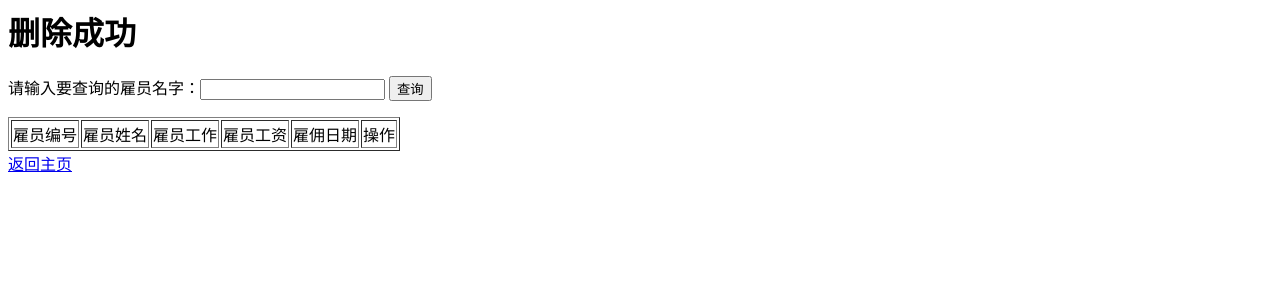
Repository: wikelgc/JSP
Page: http://localhost/yuangong/emp_delete.jsp
These files come from the project's save history. The page is drawn as it stood at one moment and after the next save; the edit follows.
The browser window is 1280 px wide. The pictures show the whole page.
The page is served by Tomcat 9. Queries for data that is not in the repository find no rows.

Above is the page before, as saved 2015-06-05 13:06:54.

After the next save:
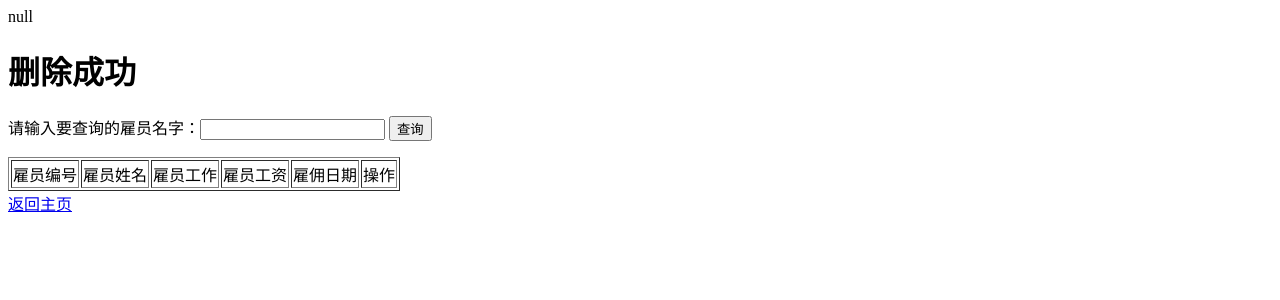
Saved 91 s later.
--- a/yuangong/WebRoot/emp_delete.jsp
+++ b/yuangong/WebRoot/emp_delete.jsp
@@ -6,6 +6,7 @@
 <%
     request.setCharacterEncoding("GBK");
     String delete_ename = request.getParameter("delete_ename");
+    out.println(delete_ename);
 %>
     <h1>删除成功</h1>
 <%!
